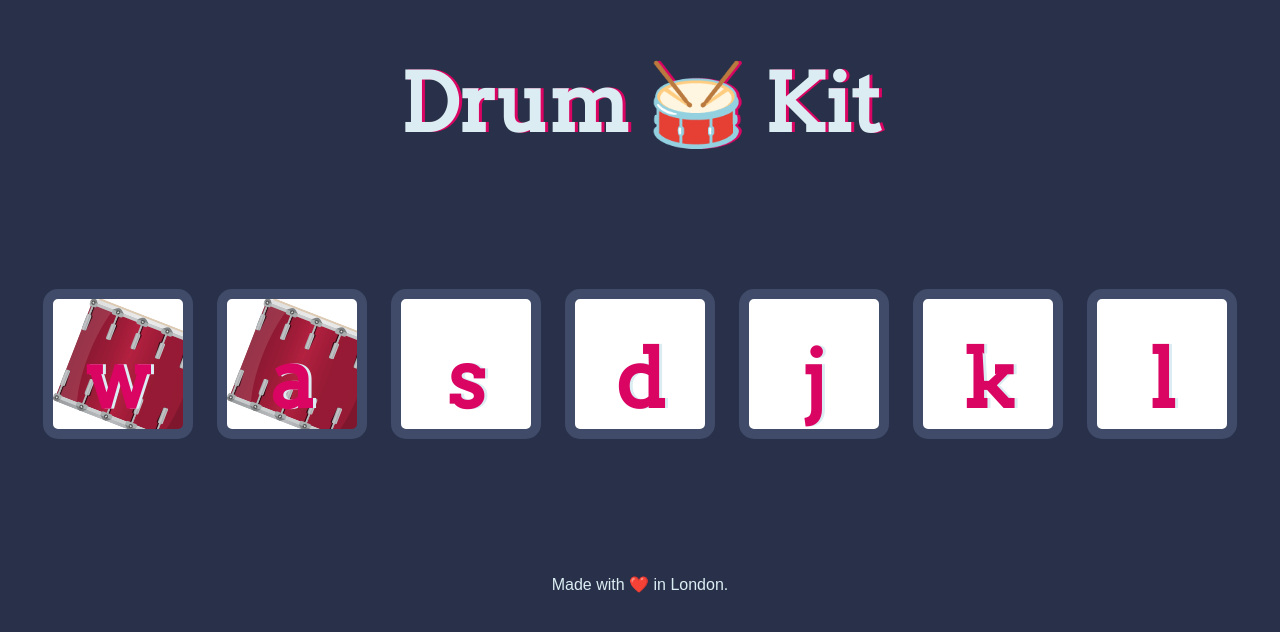
Repository: thecoachanna/drum-kit
Page: index.html
The author's editor kept a copy of each file at every save. The page is drawn from the files as they stood at one save, then again after a run of saves.
The browser window is 1280 px wide. The pictures show the whole page.

Above is the page before, as saved 2023-02-20 17:03:06.

After the next 2 saves:
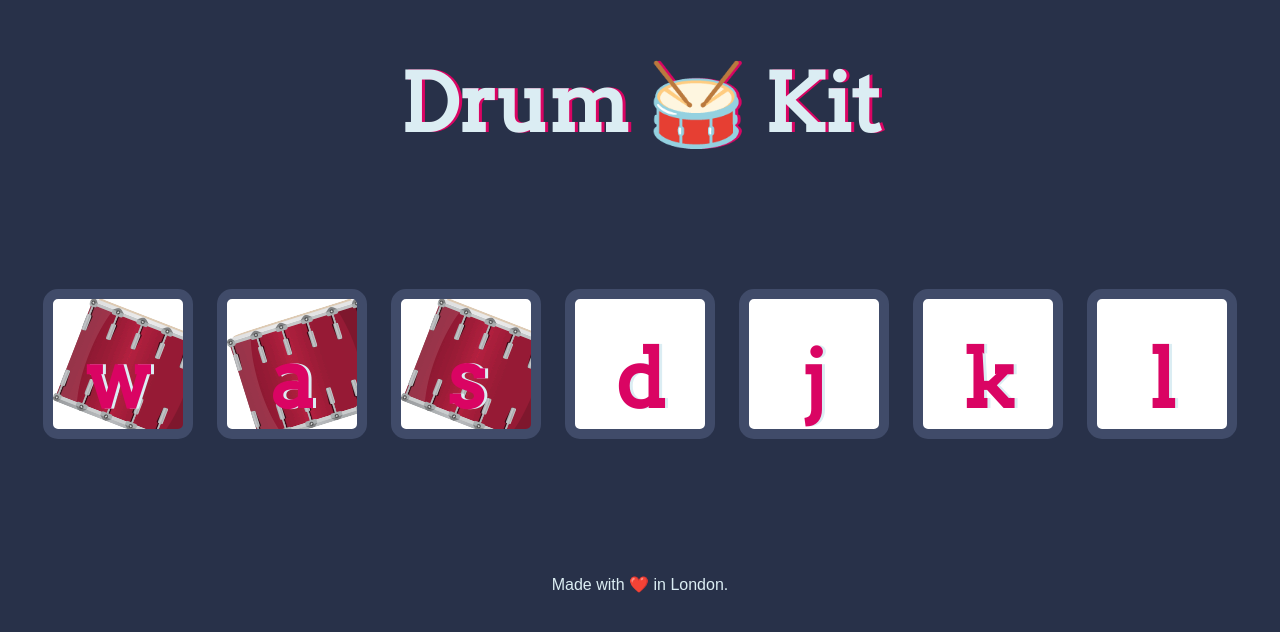
The 2 saves are shown as one change because they came seconds apart.
The last was saved 7 s later.
--- a/styles.css
+++ b/styles.css
@@ -21,11 +21,11 @@ footer {
 }
 
 .a {
-  background-image: url('images/tom1.png');
+  background-image: url('images/tom2.png');
 }
 
 .s {
-
+  background-image: url('images/tom1.png');
 }
 
 .d {
